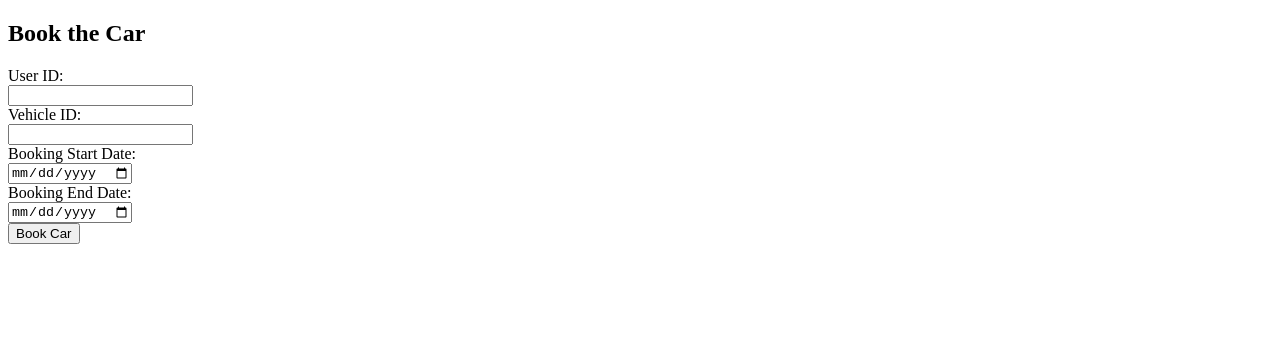
Repository: VimashaVishvani/VehicleRental
Page: http://localhost/Vehicle_rentalDb/userBookCar.jsp
The author's editor kept a copy of each file at every save. The page is drawn from the files as they stood at one save, then again after the next save.
The browser window is 1280 px wide. The pictures show the whole page.
The page is served by Tomcat 9. Other server files are loaded and not shown.

Above is the page before, as saved 2024-05-10 21:18:34.

### Vehicle_rentalDb/src/main/webapp/userBookCar.jsp
<%@ page language="java" contentType="text/html; charset=UTF-8" pageEncoding="UTF-8"%>
<!DOCTYPE html>
<html>
<head>

    <meta charset="UTF-8">
    <title>Book the Car</title>
</head>
<body>

<h2>Book the Car</h2>

<form  action="bookingServlet" method="get">
    <label for="userId">User ID:</label><br>
    <input type="text" id="userId" name="userId" value="${param.id}" readonly><br>
    <input type="hidden" name="task" value="booktheCar">

    <label for="vehicleId">Vehicle ID:</label><br>
    <input type="text" id="vehicleId" name="vehicleId" value="${param.vid}" readonly><br>

    <label for="bookingDate">Booking Start Date:</label><br>
    <input type="date" id="startDate" name="startDate" required><br>

    <label for="endDate">Booking End Date:</label><br>
    <input type="date" id="endDate" name="endDate" required><br>



    <!-- Change type to button to prevent form submission -->
    <input type="submit" value="Book Car">
</form>



</body>
</html>

After the next save:
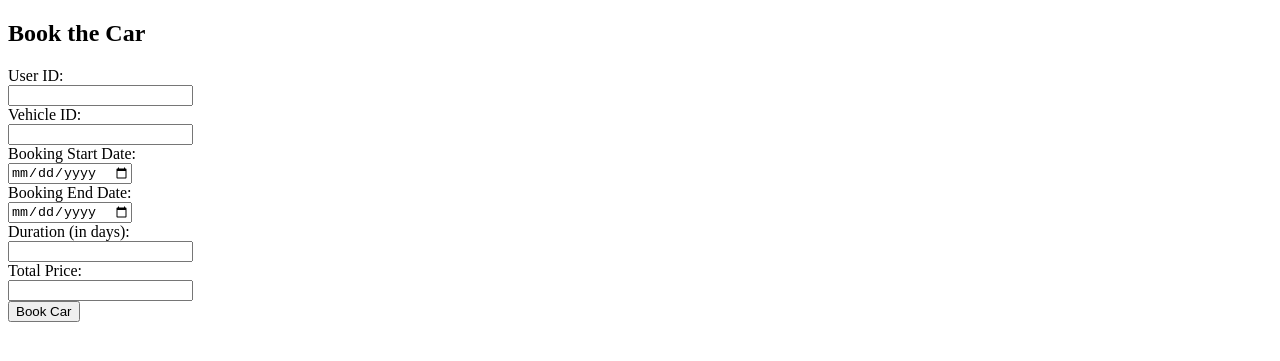
Saved 3 min 21 s later.
--- a/Vehicle_rentalDb/src/main/webapp/userBookCar.jsp
+++ b/Vehicle_rentalDb/src/main/webapp/userBookCar.jsp
@@ -1,8 +1,8 @@
+<% String vehiclePricePerDay= request.getParameter("price"); %>
 <%@ page language="java" contentType="text/html; charset=UTF-8" pageEncoding="UTF-8"%>
 <!DOCTYPE html>
 <html>
 <head>
-
     <meta charset="UTF-8">
     <title>Book the Car</title>
 </head>
@@ -10,7 +10,7 @@
 
 <h2>Book the Car</h2>
 
-<form  action="bookingServlet" method="get">
+<form id="bookingForm" action="bookingServlet" method="get">
     <label for="userId">User ID:</label><br>
     <input type="text" id="userId" name="userId" value="${param.id}" readonly><br>
     <input type="hidden" name="task" value="booktheCar">
@@ -24,13 +24,34 @@
     <label for="endDate">Booking End Date:</label><br>
     <input type="date" id="endDate" name="endDate" required><br>
 
+    <label for="duration">Duration (in days):</label><br>
+    <input type="number" id="duration" name="duration" min="1" readonly><br>
 
+    <label for="totalPrice">Total Price:</label><br>
+    <input type="text" id="totalPrice" name="totalPrice" readonly><br>
 
     <!-- Change type to button to prevent form submission -->
     <input type="submit" value="Book Car">
 </form>
 
+<script>
+document.getElementById("startDate").addEventListener("change", calculatePrice);
+document.getElementById("endDate").addEventListener("change", calculatePrice);
 
+function calculatePrice() {
+    var startDate = new Date(document.getElementById("startDate").value);
+    var endDate = new Date(document.getElementById("endDate").value);
+
+    // Calculate the duration in days
+    var duration = Math.floor((endDate - startDate) / (1000 * 60 * 60 * 24));
+    document.getElementById("duration").value = duration;
+
+    // Calculate the total price (assuming price per day is available as a variable)
+    var pricePerDay = <%= vehiclePricePerDay %>;
+    var totalPrice = duration * pricePerDay;
+    document.getElementById("totalPrice").value = totalPrice.toFixed(2);
+}
+</script>
 
 </body>
 </html>
